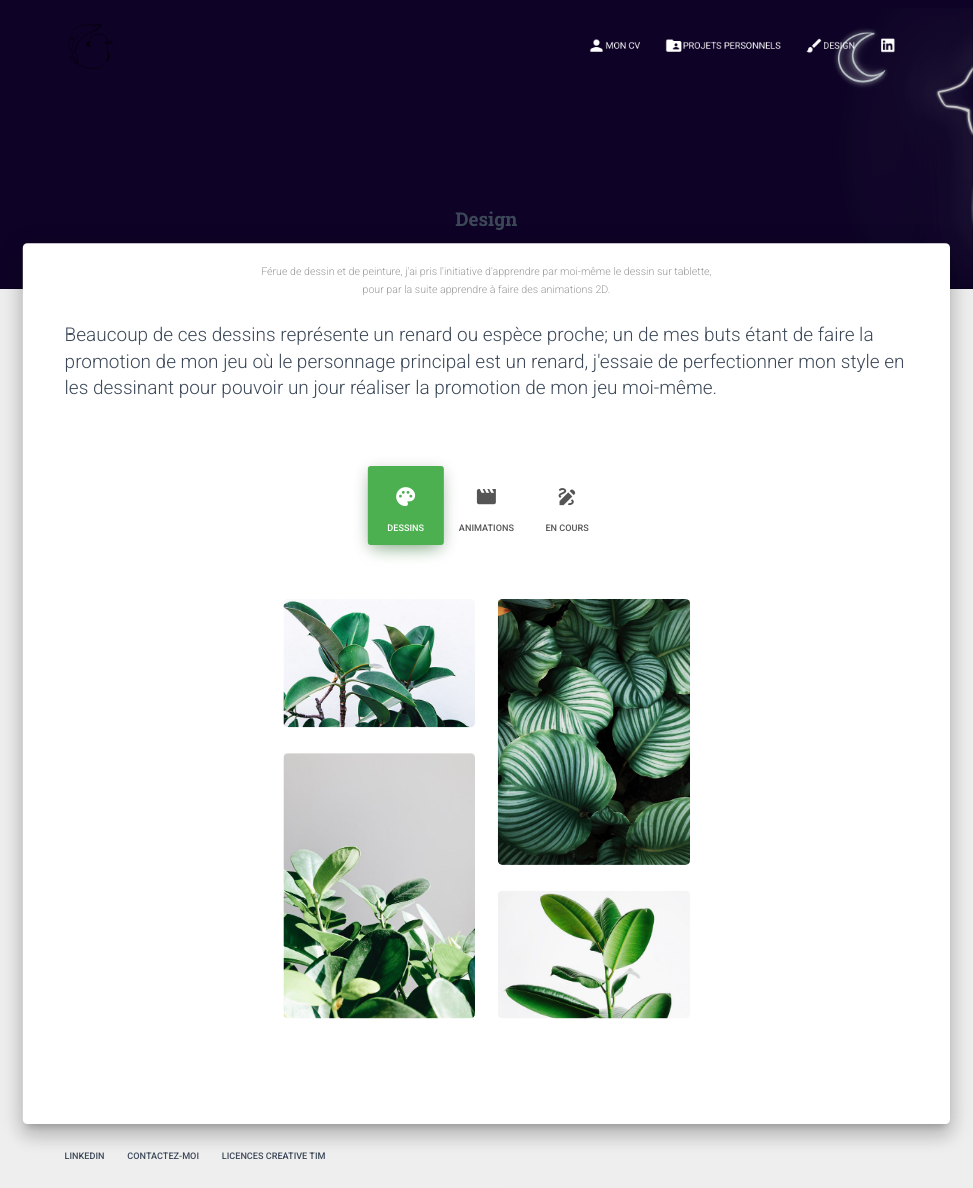
Repository: sdeschaepmeester/NewPortfolio
Page: /#/design
These files come from the project's save history. The page is drawn as it stood at one moment and after the next save; the edit follows.
The browser window is 1280 px wide. The pictures show the whole page, at 76% of full size.
Some web libraries are served in a nearby version. The project was rebuilt for these pictures with package versions that can differ from the ones it lists, and the page was loaded fresh each time. Also part of the build but not shown: vue.config.js, src/views/components/APropos.vue, src/views/components/NavigationSection.vue, src/views/components/SmallNavigationSection.vue, src/components/Dropdown.vue, src/components/Pagination.vue, src/components/Slider.vue, src/components/Badge.vue and 13 more.

Above is the page before, as saved 2022-07-08 13:33:41.

After the next save:
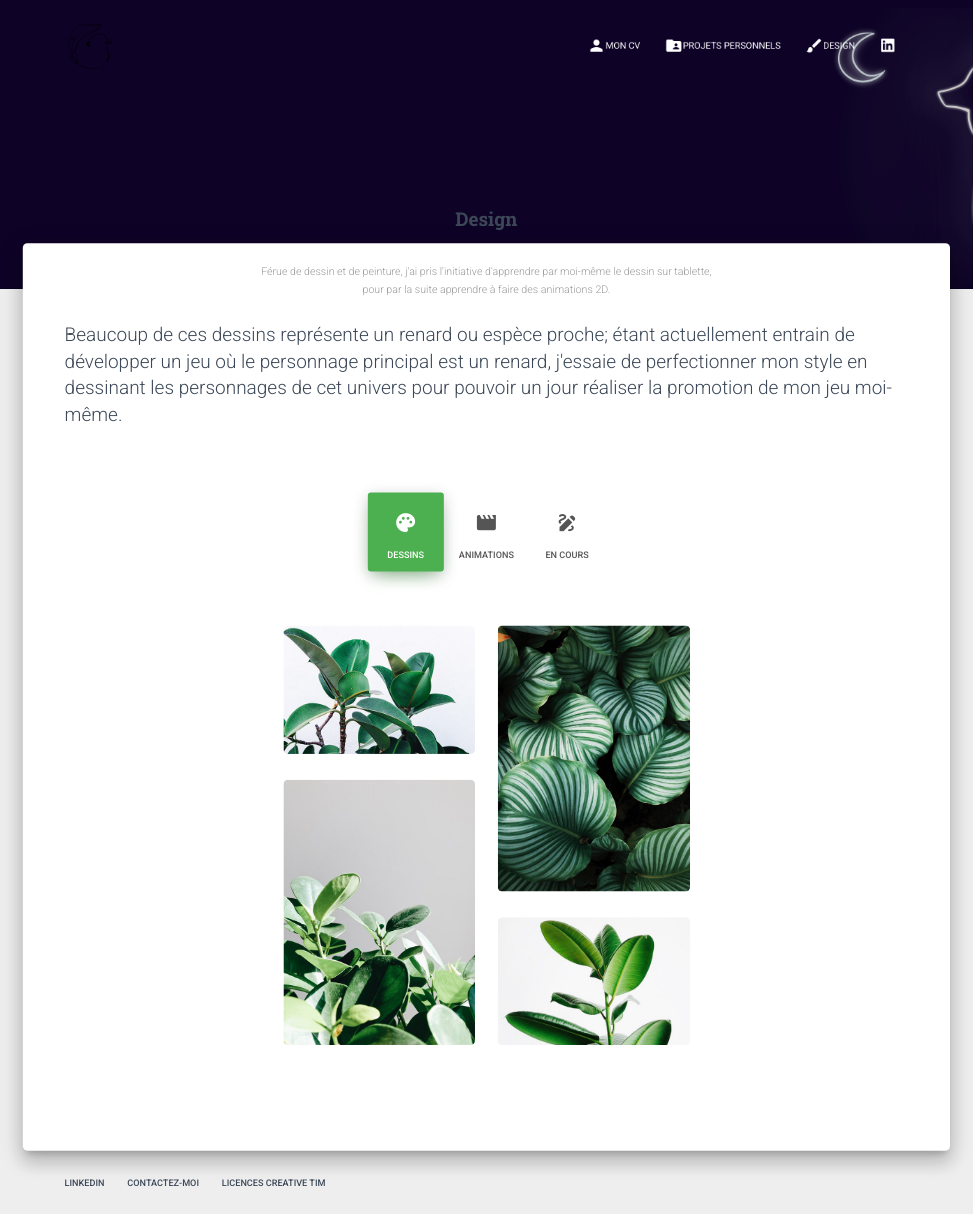
Saved 44 s later.
--- a/src/views/Design.vue
+++ b/src/views/Design.vue
@@ -23,8 +23,8 @@
               Férue de dessin et de peinture, j'ai pris l'initiative d'apprendre par moi-même le dessin sur tablette, pour par la suite apprendre à faire des animations 2D.
             </p>
           </div>
-          <h3>Beaucoup de ces dessins représente un renard ou espèce proche; un de mes buts étant de faire la promotion de mon jeu où le personnage principal
-             est un renard, j'essaie de perfectionner mon style en les dessinant pour pouvoir un jour réaliser la promotion de mon jeu moi-même.
+          <h3>Beaucoup de ces dessins représente un renard ou espèce proche; étant actuellement entrain de développer un jeu où le personnage principal
+             est un renard, j'essaie de perfectionner mon style en dessinant les personnages de cet univers pour pouvoir un jour réaliser la promotion de mon jeu moi-même.
           </h3>
           <div class="profile-tabs">
             <tabs
